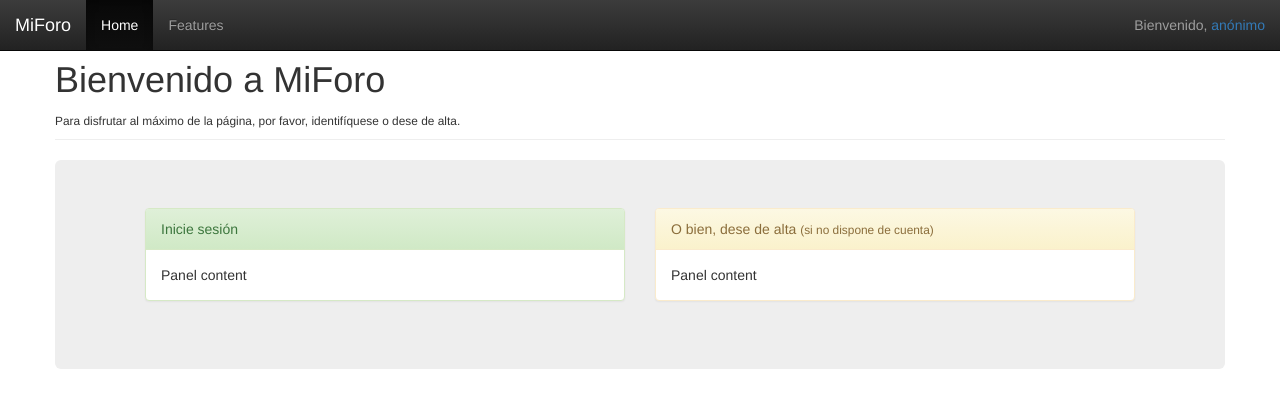
Repository: Myugen/EjercicioPHP
Page: http://localhost/
An editor plug-in stored every save of this project. The page is shown before and after the next save, followed by the edit.
The browser window is 1280 px wide. The pictures show the whole page.
Some web libraries are served in a nearby version. The page is run by PHP 8.4 with error messages shown; the project is at /var/www/html/.

Above is the page before, as saved 2015-11-27 19:28:00.
Not found: ProyectoFinalForo/jsfile

### ProyectoFinalForo/index.php
<?php
session_start();
?>
<!DOCTYPE html>
<html lang="es-ES">
<head>
    <meta charset="UTF-8">
    <!-- JQuery -->
    <script src="https://ajax.googleapis.com/ajax/libs/jquery/1.11.3/jquery.min.js"></script>

    <!-- Latest compiled and minified CSS -->
    <link rel="stylesheet" href="https://maxcdn.bootstrapcdn.com/bootstrap/3.3.6/css/bootstrap.min.css">

    <!-- Optional theme -->
    <link rel="stylesheet" href="https://maxcdn.bootstrapcdn.com/bootstrap/3.3.6/css/bootstrap-theme.min.css">

    <!-- Latest compiled and minified JavaScript -->
    <script src="https://maxcdn.bootstrapcdn.com/bootstrap/3.3.6/js/bootstrap.min.js"></script>
    <script type="text/javascript" src="jsfile"></script>
    <title>Inicio</title>
</head>
<body>
    <div class="container">
    	<div class="row">
    	<nav class="navbar navbar-fixed-top navbar-inverse">
    		<a class="navbar-brand" href="#">MiForo</a>
  			<ul class="nav navbar-nav navbar-left">
	    		<li class="nav-item active">
	      			<a class="nav-link" href="#">Home<span class="sr-only">(current)</span></a>
	    		</li>
	    		<li class="nav-item">
	      			<a class="nav-link" href="#">Features</a>
	    		</li>
    		</ul>
    		<ul class="nav navbar-nav navbar-right">
    			<li class="nav-item" style="padding-right: 15px">
    				<p class="navbar-text">Bienvenido, <a class="nav-link">anónimo</a></p>
    			</li>
    		</ul>
    	</nav>
    	</div>
    	<div class="row" style="padding-top: 20px">
    		<div class="page-header">
    			<h1>Bienvenido a MiForo</h1>
    			<small>Para disfrutar al máximo de la página, por favor, identifíquese o dese de alta.</small>
    		</div>
    	</div>
    	<div class="row">
	    	<div class="jumbotron">
	    	<div class="container">
	    	<div class="col-md-6">
	    		<div class="panel panel-success">
  					<div class="panel-heading">Inicie sesión</div>
  					<div class="panel-body">
    					Panel content
  					</div>
				</div>
	    	</div>
	    	<div class="col-md-6">
		    	<div class="panel panel-warning">
	  				<div class="panel-heading">O bien, dese de alta <small>(si no dispone de cuenta)</small></div>
	  				<div class="panel-body">
	    				Panel content
	  				</div>
				</div>
	    	</div>
	    	</div>
	    	</div>
    	</div>
    </div>
</body>
</html>

After the next save:
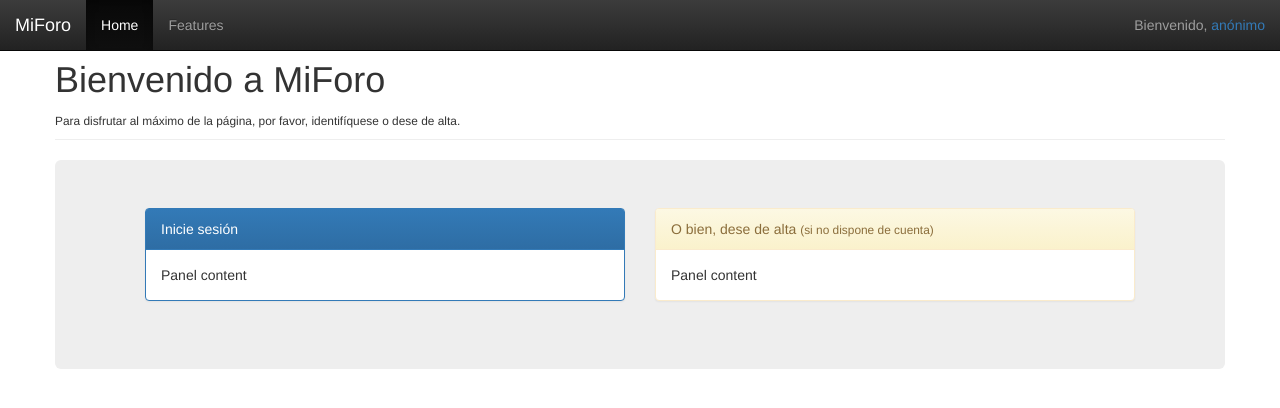
Saved 49 s later.
--- a/ProyectoFinalForo/index.php
+++ b/ProyectoFinalForo/index.php
@@ -49,7 +49,7 @@ session_start();
 	    	<div class="jumbotron">
 	    	<div class="container">
 	    	<div class="col-md-6">
-	    		<div class="panel panel-success">
+	    		<div class="panel panel-primary">
   					<div class="panel-heading">Inicie sesión</div>
   					<div class="panel-body">
     					Panel content
